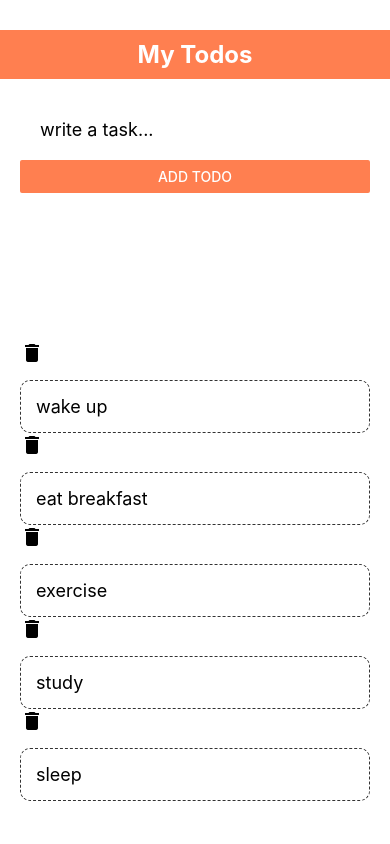
Repository: shiv0403/React-native-tutorial
Screen: /
These files come from the project's save history. The screen is drawn as it stood at one moment and after the next save; the edit follows.
The app was drawn by React Native's web renderer in a window 390 px wide. The project was rebuilt for these pictures with package versions that can differ from the ones it lists, and the page was loaded fresh each time. Also part of the build but not shown: components/Flex.js.

Above is the screen before, as saved 2021-02-11 14:58:12.

### App.js
import React, { useState } from "react";
import {
  Alert,
  FlatList,
  StyleSheet,
  TouchableWithoutFeedback,
  View,
  Keyboard,
} from "react-native";
import AddTodo from "./components/AddTodo";
import Flex from "./components/Flex";
import Header from "./components/Header";
import TodoItem from "./components/TodoItem";

export default function App() {
  const [todo, setTodo] = useState([
    { text: "wake up", key: "1" },
    { text: "eat breakfast", key: "2" },
    { text: "exercise", key: "3" },
    { text: "study", key: "4" },
    { text: "sleep", key: "5" },
  ]);

  const handleDelete = (key) => {
    setTodo((todos) => {
      return todos.filter((todo) => todo.key != key);
    });
  };

  const handleSubmit = (text) => {
    if (text.length > 3) {
      setTodo((todos) => {
        return [{ text: text, key: Math.random().toString() }, ...todos];
      });
    } else {
      Alert.alert("OOPS!", "Task lenght must be over 3 chars", [
        { text: "Understood", onPress: () => console.log("Alert Closed") },
      ]);
    }
  };

  return (
    <TouchableWithoutFeedback
      onPress={() => {
        Keyboard.dismiss();
      }}
    >
      <View style={styles.container}>
        <Header />
        <View style={styles.content}>
          <AddTodo handleSubmit={handleSubmit} />
          <View style={styles.list}>
            <FlatList
              data={todo}
              keyExtractor={(item) => item.key}
              renderItem={({ item }) => {
                return <TodoItem item={item} handleDelete={handleDelete} />;
              }}
            />
          </View>
        </View>
      </View>
    </TouchableWithoutFeedback>
  );
}

const styles = StyleSheet.create({
  container: {
    backgroundColor: "#fff",
    marginTop: 30,
    flex: 1,
  },
  content: {
    flex: 1,
  },
  list: {
    margin: 20,
    marginTop: 0,
    flex: 1,
  },
});

### components/AddTodo.js
import React, { useState } from "react";
import { Button, Keyboard, StyleSheet, TextInput, View } from "react-native";

export default function AddTodo({ handleSubmit }) {
  const [text, setText] = useState("");

  const submitHandler = () => {
    handleSubmit(text);
    Keyboard.dismiss();
  };

  return (
    <View style={styles.addTodo}>
      <TextInput
        style={styles.input}
        placeholder="write a task..."
        onChangeText={(val) => setText(val)}
      />
      <Button
        title="Add Todo"
        color="coral"
        width="200"
        onPress={() => submitHandler()}
      />
    </View>
  );
}

const styles = StyleSheet.create({
  addTodo: {
    marginTop: 20,
    marginLeft: 20,
    marginRight: 20,
    flex: 0.5,
  },
  input: {
    width: "100%",
    fontSize: 18,
    padding: 20,
  },
});

### components/Header.js
import React from "react";
import { StyleSheet, Text, View } from "react-native";

export default function Header() {
  return (
    <View style={styles.header}>
      <Text style={styles.title}>My Todos</Text>
    </View>
  );
}

const styles = StyleSheet.create({
  header: {
    padding: 10,
    backgroundColor: "coral",
  },
  title: {
    textAlign: "center",
    fontSize: 24,
    fontWeight: "bold",
    color: "#fff",
  },
});

### components/TodoItem.js
import React from "react";
import { StyleSheet, Text, TouchableOpacity, View } from "react-native";
import { MaterialIcons } from "@expo/vector-icons";

export default function TodoItem({ item, handleDelete }) {
  return (
    <TouchableOpacity onPress={() => handleDelete(item.key)}>
      <View>
        <MaterialIcons name="delete" size={24} color="black" />
        <Text style={styles.item}>{item.text}</Text>
      </View>
    </TouchableOpacity>
  );
}

const styles = StyleSheet.create({
  item: {
    fontSize: 18,
    padding: 15,
    marginTop: 15,
    borderWidth: 1,
    borderColor: "#333",
    borderStyle: "dashed",
    borderRadius: 10,
  },
});

After the next save:
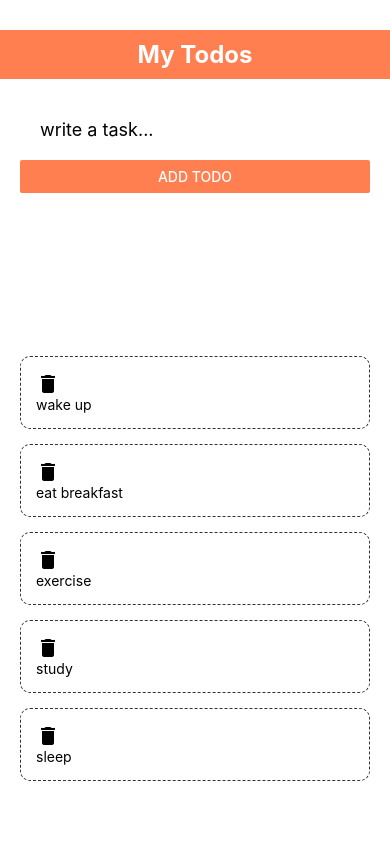
Saved 16 s later.
--- a/components/TodoItem.js
+++ b/components/TodoItem.js
@@ -5,9 +5,9 @@ import { MaterialIcons } from "@expo/vector-icons";
 export default function TodoItem({ item, handleDelete }) {
   return (
     <TouchableOpacity onPress={() => handleDelete(item.key)}>
-      <View>
+      <View style={styles.item}>
         <MaterialIcons name="delete" size={24} color="black" />
-        <Text style={styles.item}>{item.text}</Text>
+        <Text>{item.text}</Text>
       </View>
     </TouchableOpacity>
   );
